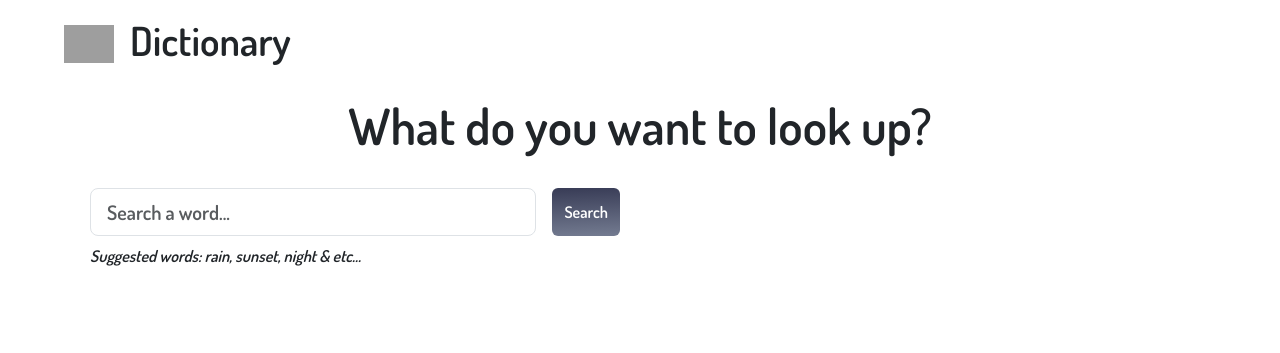
Repository: moehaymanmyint/react-dictionary-app
Page: /
The author's editor kept a copy of each file at every save. The page is drawn from the files as they stood at one save, then again after the next save.
The browser window is 1280 px wide. The pictures show the whole page.
Pictures or frames that could not be fetched are drawn as grey boxes. The project was rebuilt for these pictures with package versions that can differ from the ones it lists, and the page was loaded fresh each time. Also part of the build but not shown: src/Synonyms.js, src/Meaning.js, src/Phonetics.js, src/Results.js, src/Photos.js.

Above is the page before, as saved 2024-09-07 12:18:00.

### public/index.html
<!DOCTYPE html>
<html lang="en">
  <head>
    <meta charset="utf-8" />
    <link rel="icon" href="%PUBLIC_URL%/favicon.ico" />
    <meta name="viewport" content="width=device-width, initial-scale=1" />
    <meta name="theme-color" content="#000000" />
    <meta
      name="description"
      content="Web site created using create-react-app"
    />
    <link rel="apple-touch-icon" href="%PUBLIC_URL%/logo192.png" />
    <!--
      manifest.json provides metadata used when your web app is installed on a
      user's mobile device or desktop. See https://developers.google.com/web/fundamentals/web-app-manifest/
    -->
    <link rel="manifest" href="%PUBLIC_URL%/manifest.json" />
    <!--
      Notice the use of %PUBLIC_URL% in the tags above.
      It will be replaced with the URL of the `public` folder during the build.
      Only files inside the `public` folder can be referenced from the HTML.

      Unlike "/favicon.ico" or "favicon.ico", "%PUBLIC_URL%/favicon.ico" will
      work correctly both with client-side routing and a non-root public URL.
      Learn how to configure a non-root public URL by running `npm run build`.
    -->
    <title>React App</title>
  </head>
  <body>
    <noscript>You need to enable JavaScript to run this app.</noscript>
    <div id="root"></div>
    <!--
      This HTML file is a template.
      If you open it directly in the browser, you will see an empty page.

      You can add webfonts, meta tags, or analytics to this file.
      The build step will place the bundled scripts into the <body> tag.

      To begin the development, run `npm start` or `yarn start`.
      To create a production bundle, use `npm run build` or `yarn build`.
    -->
  </body>
</html>

### src/App.js
import './App.css';
import 'bootstrap/dist/css/bootstrap.css';

import Search from "./Search"

function App() {
  return (
    <div className="App">
      {/* Logo */}
      <div className='logo m-3 mx-5 d-flex align-items-center'>
        <img src="https://th.bing.com/th/id/R.1ebe3e38406a8906121c9769e62adc3e?rik=d1hISy0qiMJ7Hg&pid=ImgRaw&r=0" alt="Logo" className='mx-3'/>
        <h2>Dictionary</h2>
      </div>

      <div className='container'>
        <Search />
      </div>
    </div>
  );
}

export default App;

### src/App.css
@import url('https://fonts.googleapis.com/css2?family=Dosis:wght@600&display=swap');

.App img{
    width: 50px;
}

.App{
    font-family: "Dosis", sans-serif;
}

### src/Search.js
import React, {useState} from "react";
import 'bootstrap/dist/css/bootstrap.css';
import axios from "axios";
import Results from "./Results"
import Photos from "./Photos";
import "./Dictionary.css";

export default function Search(){
    let [word, setWord] = useState('');
    let [results, setResult] = useState(null);
    let [photos, setPhotos] = useState(null);

    function handleDictionaryResponse(response){
        console.log(response.data[0]);
        setResult(response.data[0])
    }

    function handleImageResponse(response){
        console.log(response.data.photos);
        setPhotos(response.data.photos);
    }

    function handleSubmit(event){
        event.preventDefault();

        //Dictionary API
        let apiUrl = `https://api.dictionaryapi.dev/api/v2/entries/en_US/${word}`;
        axios.get(apiUrl).then(handleDictionaryResponse);

        //Image APT
        let imgaeApiKey = "YjZHrFtqi0MmsvmCsjW9BM3SiR7Xv5HUozz9pPxEQ26WQPC6FFlQBqaO";
        let imgApiUrl = `https://api.pexels.com/v1/search?query=${word}`;
        let header = { Authorization: `${imgaeApiKey}` };
        axios.get(imgApiUrl, { headers: header }).then(handleImageResponse);
    }

    function updateWord(event){
        setWord(event.target.value);
    }

    return (
        <div className="Search">
            <h1 className="my-4 text-center">What do you want to look up?</h1>
            <div className="row d-flex">
                <div className="col-6">
                    <form onSubmit={handleSubmit} className="d-flex">
                        <input type="search" className="form-control form-control-lg m-2" value={word} onChange={updateWord} placeholder="Search a word..."/>
                        <input type="submit" value="Search" className="btn btn m-2"/>
                    </form>
                    <em className="mx-2">Suggested words: rain, sunset, night & etc...</em>
                    <section className="meaning">
                        <Results results={results}/>
                    </section>
                </div>
                <div className="col-6">
                    <Photos photos={photos} />
                </div>
            </div>
        </div>
    );
}

### src/Dictionary.css
.Results .box,
.Meaning{
    background-color: white;
    box-shadow: rgba(100, 100, 111, 0.2) 0px 7px 29px 0px;
    border-radius: 10px;
}

h2{
    font-size: 40px;
    text-transform: capitalize;
}

p{
    font-size: 18px;
}

.Search h1{
    font-size: 50px;
}
.Search .btn{
    background: linear-gradient(177.9deg, rgb(58, 62, 88) 3.6%, rgb(119, 127, 148) 105.8%);
    border: none;
    color: white;
    transition: 0.5s;
}

.Photos img{
    width: 100%;
    border-radius: 8px;
}

Loaded but not shown: src/index.js (common file); src/index.css (common file); src/reportWebVitals.js (common file)

After the next save:
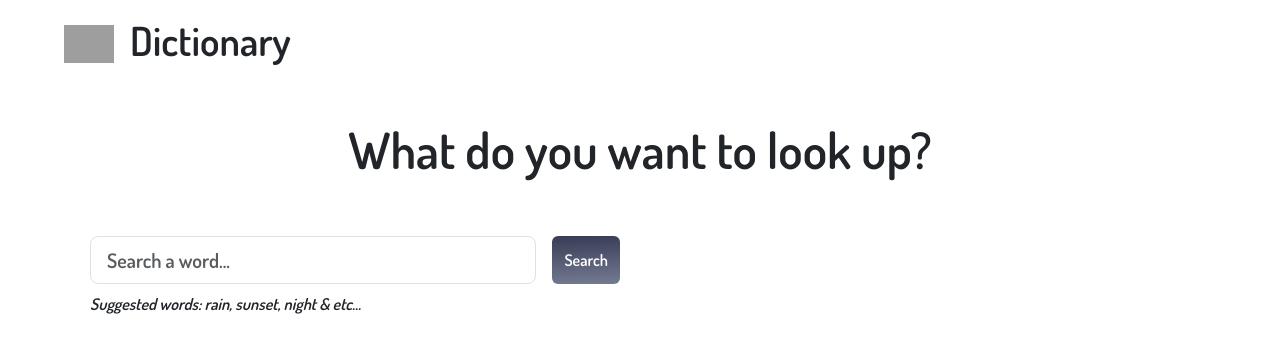
Saved 8 s later.
--- a/src/Search.js
+++ b/src/Search.js
@@ -40,7 +40,7 @@
 
     return (
         <div className="Search">
-            <h1 className="my-4 text-center">What do you want to look up?</h1>
+            <h1 className="my-5 text-center">What do you want to look up?</h1>
             <div className="row d-flex">
                 <div className="col-6">
                     <form onSubmit={handleSubmit} className="d-flex">

After the save that followed:
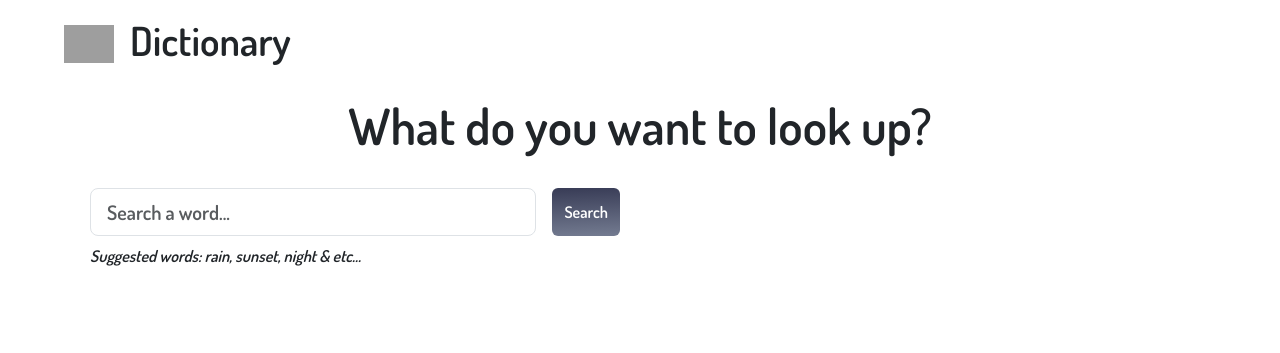
Saved 11 s later.
--- a/src/Search.js
+++ b/src/Search.js
@@ -40,7 +40,7 @@
 
     return (
         <div className="Search">
-            <h1 className="my-5 text-center">What do you want to look up?</h1>
+            <h1 className="my-4 text-center">What do you want to look up?</h1>
             <div className="row d-flex">
                 <div className="col-6">
                     <form onSubmit={handleSubmit} className="d-flex">
